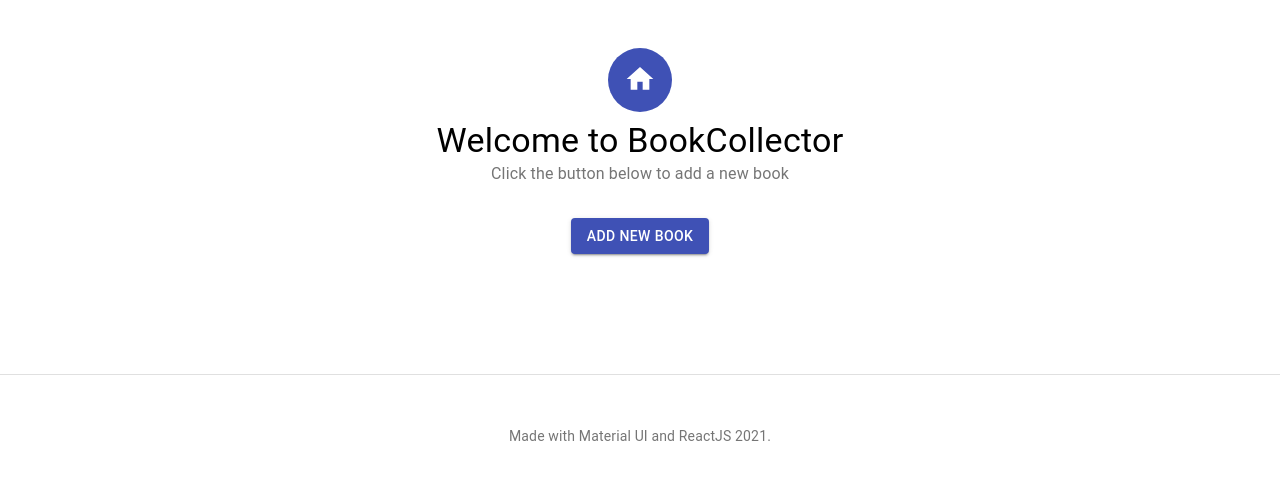
Repository: Colo-Codes/mini-project-react-book-collector
Page: /
An editor plug-in stored every save of this project. The page is shown before and after the next save, followed by the edit.
The browser window is 1280 px wide. The pictures show the whole page.
The project was rebuilt for these pictures with package versions that can differ from the ones it lists, and the page was loaded fresh each time. Also part of the build but not shown: src/Books/BooksGridItem.js, src/Books/AddBookForm.js.

Above is the page before, as saved 2021-08-25 14:07:17.

After the next save:
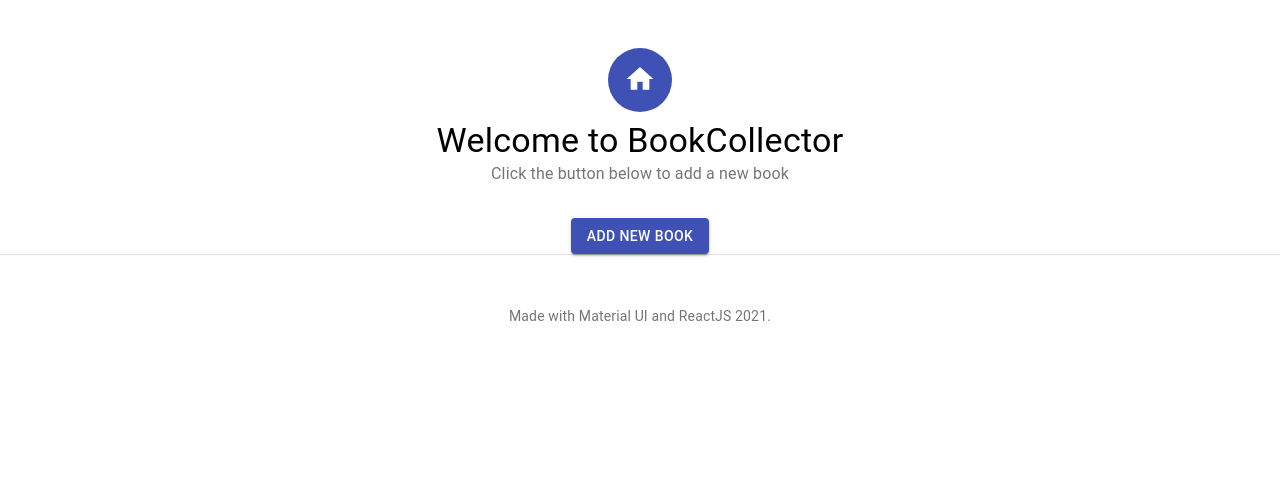
Saved 50 s later.
--- a/src/App.js
+++ b/src/App.js
@@ -11,7 +11,7 @@ import BooksGrid from './Books/BooksGrid';
 const useStyles = makeStyles(theme => ({
   paper: {
     marginTop: theme.spacing(5),
-    marginBottom: theme.spacing(15),
+    // marginBottom: theme.spacing(15),
     display: 'flex',
     flexDirection: 'column',
     alignItems: 'center',
@@ -23,9 +23,6 @@ const useStyles = makeStyles(theme => ({
   },
   button: {
     marginTop: theme.spacing(4),
-  },
-  grid: {
-    // marginTop: theme.spacing(4),
   },
   footer: {
     marginV: theme.spacing(4),
